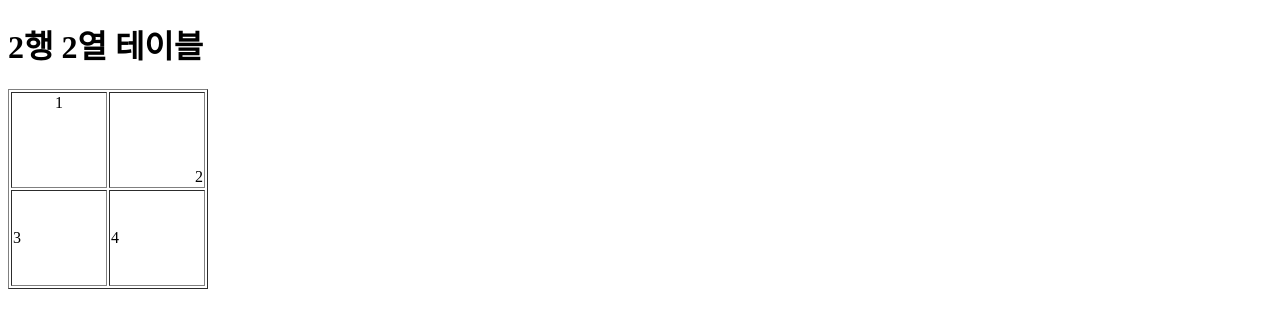
Repository: zzzzzzin/Client
Page: ClientTest/src/main/webapp/html/ex15_table.html
The author's editor kept a copy of each file at every save. The page is drawn from the files as they stood at one save, then again after the next save.
The browser window is 1280 px wide. The pictures show the whole page.

Above is the page before, as saved 2024-03-13 06:17:35.

### ClientTest/src/main/webapp/html/ex15_table.html
<!DOCTYPE html>
<html>
<head>
<meta charset="EUC-KR">
<title>ex15_table</title>
</head>
<body>
	<!--
		표, table
		1. 표를 만들기 위해서 사용
		2. 레이아웃을 만들기 위해서 사용

		테이블 구성요소
		1. 가장 큰 상자
			- table
			- 테이블 전체 컨테이너

		2. 중간 긴 상자
			- <tr>
			- table row
			- 테이블 행

		3.







	-->

	<h1>2행 2열 테이블</h1>
	<table border="1" width="200" height="200">
		<tr>
			<td align="center" valign="top">1</td>
			<td align="right" valign="bottom">2</td>
		</tr>
		<tr>
			<td>3</td>
			<td>4</td>
		</tr>
	</table>


















</body>
</html>

After the next save:
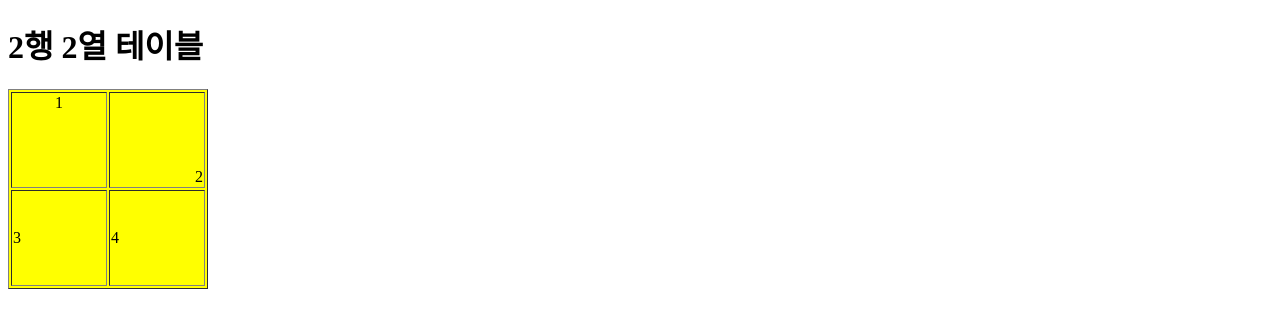
Saved 76 s later.
--- a/ClientTest/src/main/webapp/html/ex15_table.html
+++ b/ClientTest/src/main/webapp/html/ex15_table.html
@@ -31,7 +31,7 @@
 	-->
 
 	<h1>2행 2열 테이블</h1>
-	<table border="1" width="200" height="200">
+	<table border="1" width="200" height="200" bgcolor="yellow">
 		<tr>
 			<td align="center" valign="top">1</td>
 			<td align="right" valign="bottom">2</td>
